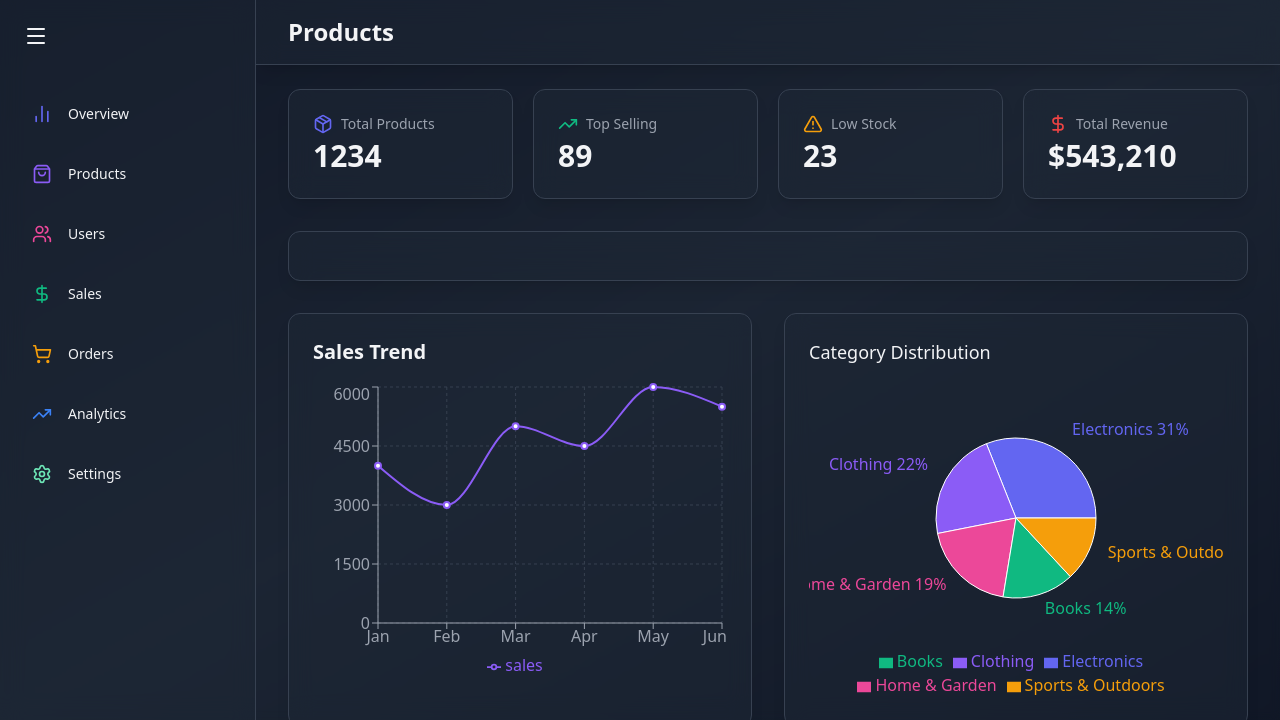
Repository: Abdirabi11/React-dashboard
Page: /products
These files come from the project's save history. The page is drawn as it stood at one moment and after the next save; the edit follows.
The browser window is 1280 px wide. The pictures show the whole page.
An inner scrolling area shows only its first screen. The project was rebuilt for these pictures with package versions that can differ from the ones it lists, and the page was loaded fresh each time. Also part of the build but not shown: vite.config.js, src/components/overview/SalesOverviewChart.jsx, src/components/overview/SalesChannelChart.jsx, src/pages/OverviewPage.jsx, src/pages/UsersPage.jsx, src/pages/SalesPage.jsx, src/pages/OrdersPage.jsx, src/pages/AnalyticsPage.jsx and 1 more.

Above is the page before, as saved 2025-07-18 18:57:21.

### src/components/common/Sidebar.jsx
import { BarChart2, DollarSign, Menu, Settings, ShoppingBag, ShoppingCart, TrendingUp, Users } from "lucide-react";
import { useState } from "react";
import { AnimatePresence, motion } from "framer-motion";
import { Link } from "react-router-dom";

const SIDEBAR_ITEMS = [
	{
		name: "Overview",
		icon: BarChart2,
		color: "#6366f1",
		href: "/",
	},
	{ name: "Products", icon: ShoppingBag, color: "#8B5CF6", href: "/products" },
	{ name: "Users", icon: Users, color: "#EC4899", href: "/users" },
	{ name: "Sales", icon: DollarSign, color: "#10B981", href: "/sales" },
	{ name: "Orders", icon: ShoppingCart, color: "#F59E0B", href: "/orders" },
	{ name: "Analytics", icon: TrendingUp, color: "#3B82F6", href: "/analytics" },
	{ name: "Settings", icon: Settings, color: "#6EE7B7", href: "/settings" },
];

const Sidebar = () => {
	const [isSidebarOpen, setIsSidebarOpen] = useState(true);

	return (
		<motion.div
			className={`relative z-10 transition-all duration-300 ease-in-out flex-shrink-0 ${
				isSidebarOpen ? "w-64" : "w-20"
			}`}
			animate={{ width: isSidebarOpen ? 256 : 80 }}
		>
			<div className='h-full bg-gray-800 bg-opacity-50 backdrop-blur-md p-4 flex flex-col border-r border-gray-700'>
				<motion.button
					whileHover={{ scale: 1.1 }}
					whileTap={{ scale: 0.9 }}
					onClick={() => setIsSidebarOpen(!isSidebarOpen)}
					className='p-2 rounded-full hover:bg-gray-700 transition-colors max-w-fit'
				>
					<Menu size={24} />
				</motion.button>

				<nav className='mt-8 flex-grow'>
					{SIDEBAR_ITEMS.map((item) => (
						<Link key={item.href} to={item.href}>
							<motion.div className='flex items-center p-4 text-sm font-medium rounded-lg hover:bg-gray-700 transition-colors mb-2'>
								<item.icon size={20} style={{ color: item.color, minWidth: "20px" }} />
								<AnimatePresence>
									{isSidebarOpen && (
										<motion.span
											className='ml-4 whitespace-nowrap'
											initial={{ opacity: 0, width: 0 }}
											animate={{ opacity: 1, width: "auto" }}
											exit={{ opacity: 0, width: 0 }}
											transition={{ duration: 0.2, delay: 0.3 }}
										>
											{item.name}
										</motion.span>
									)}
								</AnimatePresence>
							</motion.div>
						</Link>
					))}
				</nav>
			</div>
		</motion.div>
	);
};
export default Sidebar;

### src/pages/ProductsPage.jsx
import { motion } from "framer-motion";

import Header from "../components/common/Header";
import StatCard from "../components/common/StatCard";

import { AlertTriangle, DollarSign, Package, TrendingUp } from "lucide-react";
import CategoryDistributionChart from "../components/overview/CategoryDistributionChart";
import SalesTrendChart from "../components/products/SalesTrendChart";
import ProductsTable from "../components/products/ProductsTable";

const ProductsPage = () => {
	return (
		<div className='flex-1 overflow-auto relative z-10'>
			<Header title='Products' />

			<main className='max-w-7xl mx-auto py-6 px-4 lg:px-8'>
				{/* STATS */}
				<motion.div
					className='grid grid-cols-1 gap-5 sm:grid-cols-2 lg:grid-cols-4 mb-8'
					initial={{ opacity: 0, y: 20 }}
					animate={{ opacity: 1, y: 0 }}
					transition={{ duration: 1 }}
				>
					<StatCard name='Total Products' icon={Package} value={1234} color='#6366F1' />
					<StatCard name='Top Selling' icon={TrendingUp} value={89} color='#10B981' />
					<StatCard name='Low Stock' icon={AlertTriangle} value={23} color='#F59E0B' />
					<StatCard name='Total Revenue' icon={DollarSign} value={"$543,210"} color='#EF4444' />
				</motion.div>

				<ProductsTable />

				{/* CHARTS */}
				<div className='grid grid-col-1 lg:grid-cols-2 gap-8'>
					<SalesTrendChart />
					<CategoryDistributionChart />
				</div>
			</main>
		</div>
	);
};
export default ProductsPage;

### src/components/overview/CategoryDistributionChart.jsx
import { motion } from "framer-motion";
import { PieChart, Pie, Cell, Tooltip, ResponsiveContainer, Legend } from "recharts";

const categoryData = [
	{ name: "Electronics", value: 4500 },
	{ name: "Clothing", value: 3200 },
	{ name: "Home & Garden", value: 2800 },
	{ name: "Books", value: 2100 },
	{ name: "Sports & Outdoors", value: 1900 },
];

const COLORS = ["#6366F1", "#8B5CF6", "#EC4899", "#10B981", "#F59E0B"];

const CategoryDistributionChart = () => {
	return (
		<motion.div
			className='bg-gray-800 bg-opacity-50 backdrop-blur-md shadow-lg rounded-xl p-6 border border-gray-700'
			initial={{ opacity: 0, y: 20 }}
			animate={{ opacity: 1, y: 0 }}
			transition={{ delay: 0.3 }}
		>
			<h2 className='text-lg font-medium mb-4 text-gray-100'>Category Distribution</h2>
			<div className='h-80'>
				<ResponsiveContainer width={"100%"} height={"100%"}>
					<PieChart>
						<Pie
							data={categoryData}
							cx={"50%"}
							cy={"50%"}
							labelLine={false}
							outerRadius={80}
							fill='#8884d8'
							dataKey='value'
							label={({ name, percent }) => `${name} ${(percent * 100).toFixed(0)}%`}
						>
							{categoryData.map((entry, index) => (
								<Cell key={`cell-${index}`} fill={COLORS[index % COLORS.length]} />
							))}
						</Pie>
						<Tooltip
							contentStyle={{
								backgroundColor: "rgba(31, 41, 55, 0.8)",
								borderColor: "#4B5563",
							}}
							itemStyle={{ color: "#E5E7EB" }}
						/>
						<Legend />
					</PieChart>
				</ResponsiveContainer>
			</div>
		</motion.div>
	);
};
export default CategoryDistributionChart;

### src/components/products/SalesTrendChart.jsx
import { motion } from "framer-motion";
import { LineChart, Line, XAxis, YAxis, CartesianGrid, Tooltip, ResponsiveContainer, Legend } from "recharts";

const salesData = [
	{ month: "Jan", sales: 4000 },
	{ month: "Feb", sales: 3000 },
	{ month: "Mar", sales: 5000 },
	{ month: "Apr", sales: 4500 },
	{ month: "May", sales: 6000 },
	{ month: "Jun", sales: 5500 },
];

const SalesTrendChart = () => {
	return (
		<motion.div
			className='bg-gray-800 bg-opacity-50 backdrop-blur-md shadow-lg rounded-xl p-6 border border-gray-700'
			initial={{ opacity: 0, y: 20 }}
			animate={{ opacity: 1, y: 0 }}
			transition={{ delay: 0.3 }}
		>
			<h2 className='text-xl font-semibold text-gray-100 mb-4'>Sales Trend</h2>
			<div style={{ width: "100%", height: 300 }}>
				<ResponsiveContainer>
					<LineChart data={salesData}>
						<CartesianGrid strokeDasharray='3 3' stroke='#374151' />
						<XAxis dataKey='month' stroke='#9CA3AF' />
						<YAxis stroke='#9CA3AF' />
						<Tooltip
							contentStyle={{
								backgroundColor: "rgba(31, 41, 55, 0.8)",
								borderColor: "#4B5563",
							}}
							itemStyle={{ color: "#E5E7EB" }}
						/>
						<Legend />
						<Line type='monotone' dataKey='sales' stroke='#8B5CF6' strokeWidth={2} />
					</LineChart>
				</ResponsiveContainer>
			</div>
		</motion.div>
	);
};
export default SalesTrendChart;

### src/components/products/ProductsTable.jsx
import { motion } from "framer-motion";
import { Edit, Search, Trash2 } from "lucide-react";
import { useState } from "react";

const PRODUCT_DATA = [
	{ id: 1, name: "Wireless Earbuds", category: "Electronics", price: 59.99, stock: 143, sales: 1200 },
	{ id: 2, name: "Leather Wallet", category: "Accessories", price: 39.99, stock: 89, sales: 800 },
	{ id: 3, name: "Smart Watch", category: "Electronics", price: 199.99, stock: 56, sales: 650 },
	{ id: 4, name: "Yoga Mat", category: "Fitness", price: 29.99, stock: 210, sales: 950 },
	{ id: 5, name: "Coffee Maker", category: "Home", price: 79.99, stock: 78, sales: 720 },
];

const ProductsTable = () => {
	return (
		<motion.div
		    className="bg-gray-800 bg-opacity-50 backdrop-blur-md shadow-lg rounded-xl p-6 border border-gray-700 mb-8"
		    initial={{ opacity: 0, y: 20 }}
			animate={{ opacity: 1, y: 0 }}
			transition={{ delay: 0.2 }}
		>
			<div>
				<h2></h2>
				<div>

				</div>
			</div>
		</motion.div>
	)
};
export default ProductsTable;

Loaded but not shown: index.html (common file); src/main.jsx (common file); src/App.jsx (common file); src/index.css (common file); src/components/common/Header.jsx (common file); src/components/common/StatCard.jsx (common file); tailwind.config.js (common file)

After the next save:
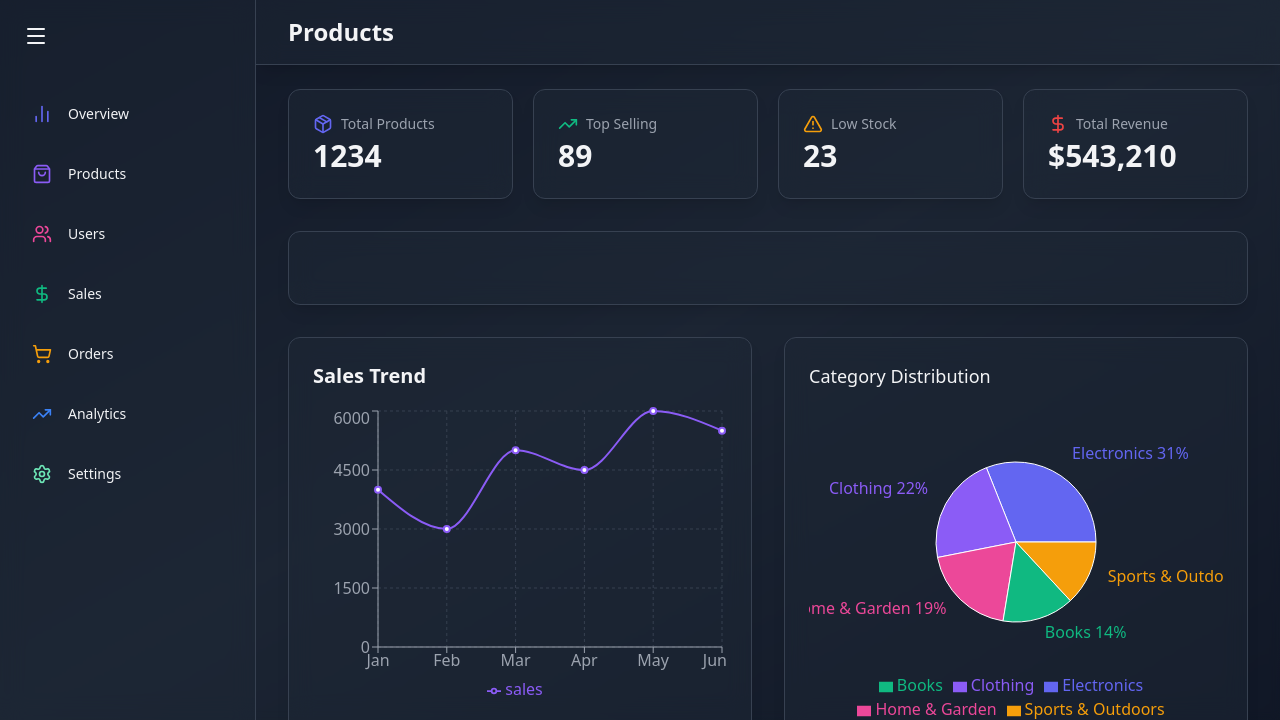
Saved 11 s later.
--- a/src/components/products/ProductsTable.jsx
+++ b/src/components/products/ProductsTable.jsx
@@ -18,7 +18,7 @@ const ProductsTable = () => {
 			animate={{ opacity: 1, y: 0 }}
 			transition={{ delay: 0.2 }}
 		>
-			<div>
+			<div className='flex justify-between items-center mb-6'>
 				<h2></h2>
 				<div>
 
